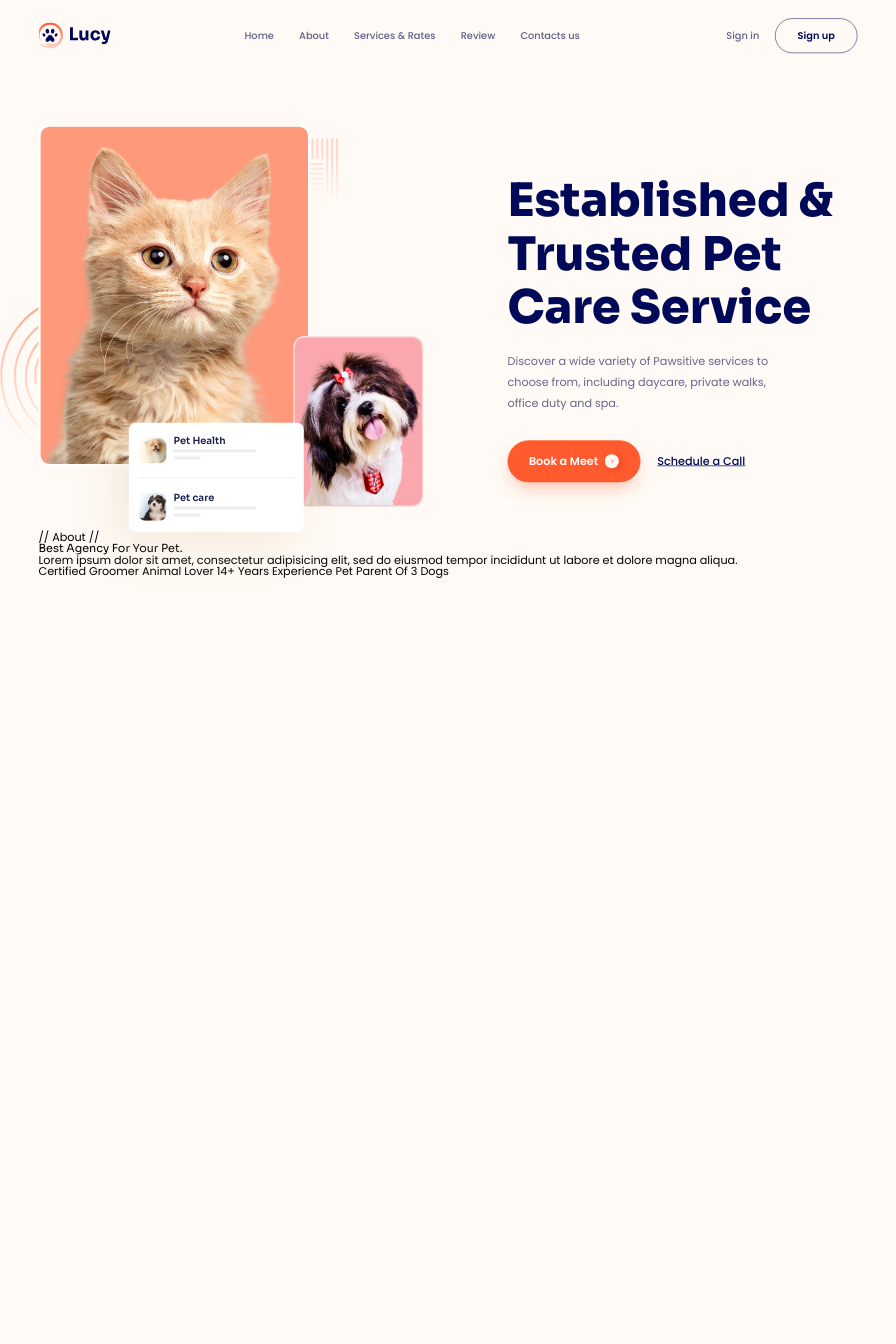
Repository: anhtien111198/f8-htmlcss-04
Page: index.html
The author's editor kept a copy of each file at every save. The page is drawn from the files as they stood at one save, then again after the next save.
The browser window is 1280 px wide. The pictures show the part of the page from y = 0 to 1920 px (the page is 5000 px tall), at 70% of full size.

Above is the page before, as saved 2023-05-18 12:25:51.

After the next save:
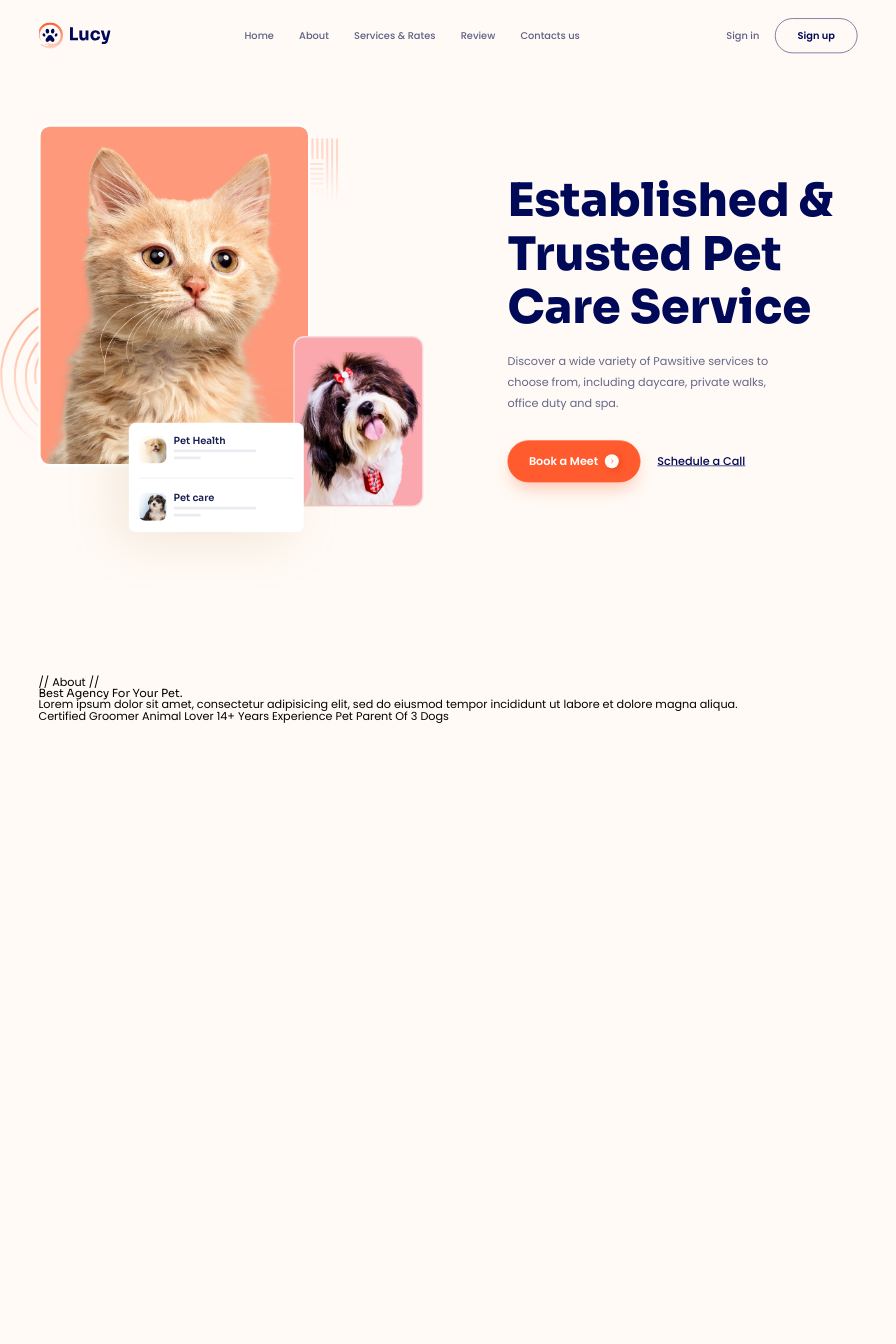
Saved 2 min 44 s later.
--- a/assets/css/style.css
+++ b/assets/css/style.css
@@ -238,3 +238,7 @@ select {
     text-decoration-line: underline;
     color: #000958;
 }
+/* ========About=========== */
+.about {
+    margin-top: 207px;
+}
